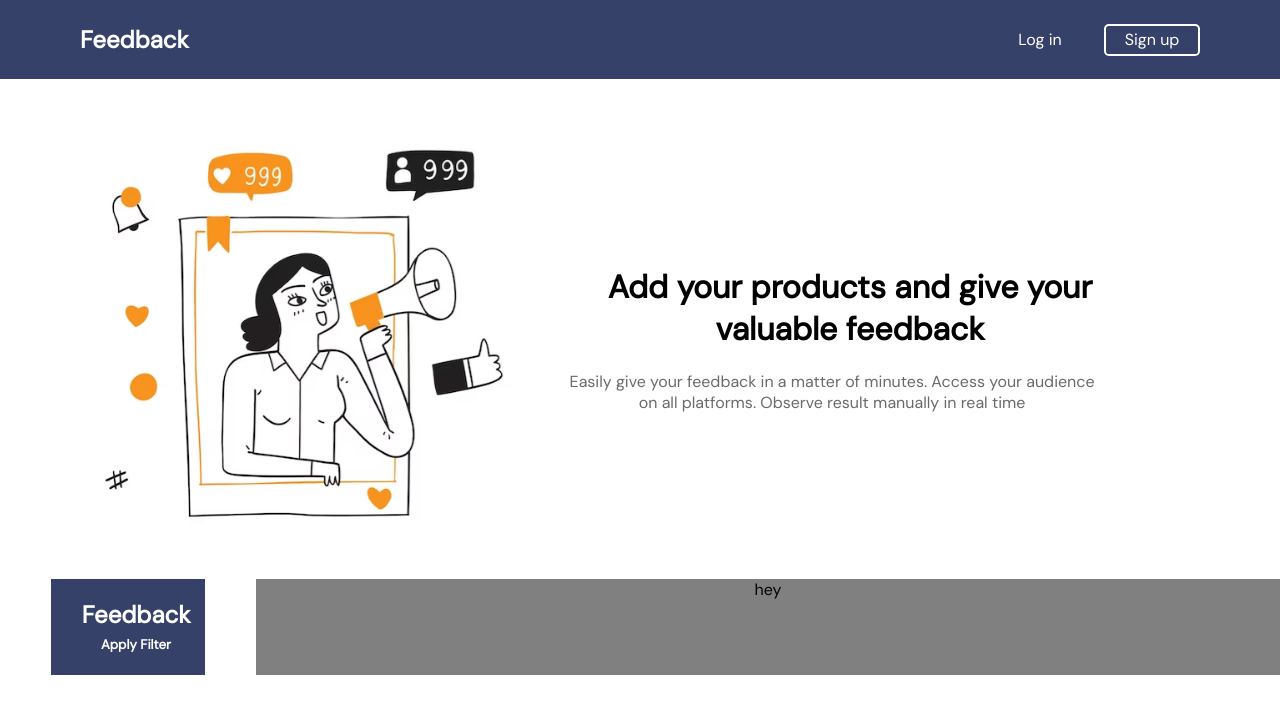
Repository: drumsmanku/final-evaluation-test
Page: / (app in client/)
An editor plug-in stored every save of this project. The page is shown before and after the next save, followed by the edit.
The browser window is 1280 px wide. The pictures show the whole page.
The page's requests for data from a server got no answer. The project was rebuilt for these pictures with package versions that can differ from the ones it lists, and the page was loaded fresh each time. No one was signed in, and anything a server would have sent is missing.

Above is the page before, as saved 2023-07-28 13:57:14.

After the next save:
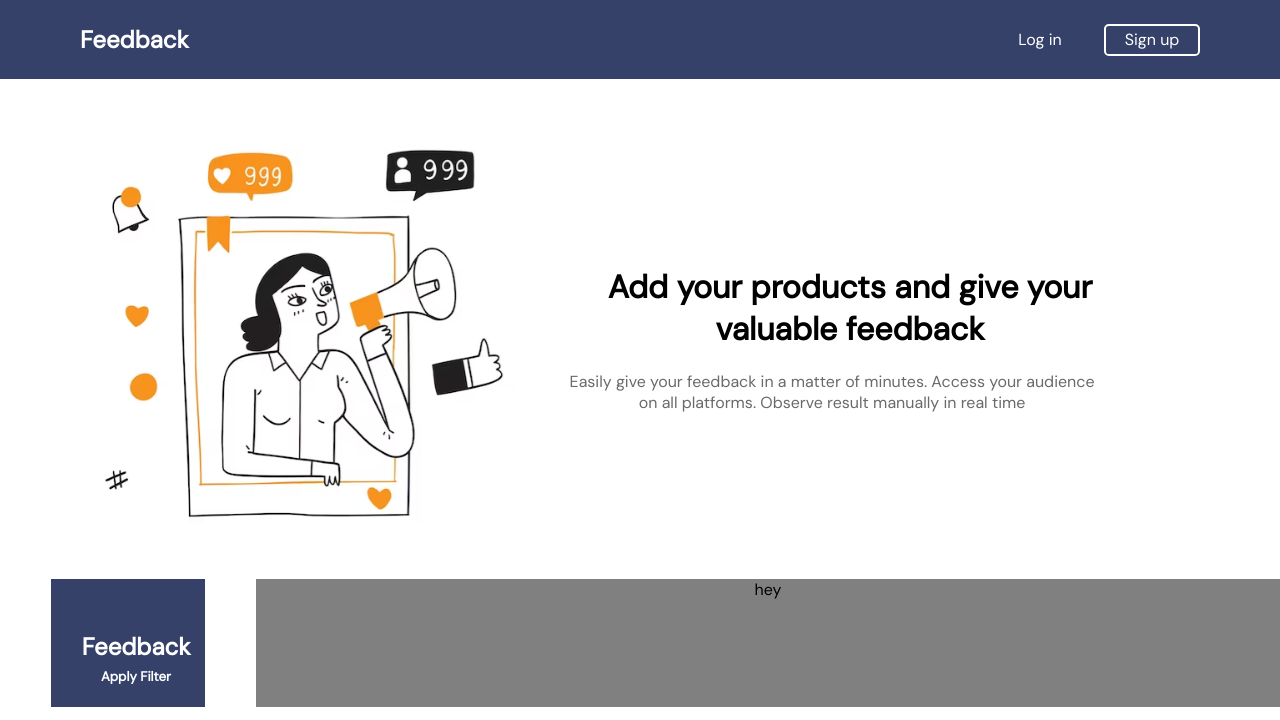
Saved 18 s later.
--- a/client/src/Components/MainPage.js
+++ b/client/src/Components/MainPage.js
@@ -70,7 +70,7 @@ function MainPage() {
       </div>
       <div className="main-bottom-container">
         <div className="bottom-left">
-          <article style={{backgroundColor:'#36416A', width:'60%', color:'white',}}>
+          <article style={{backgroundColor:'#36416A', width:'60%', color:'white', paddingTop:'2rem'}}>
             <h2 style={{marginBottom:'0.4rem',marginLeft:'1rem'}}>Feedback</h2>
             <h5 style={{marginTop:0, marginLeft:'1rem'}}>Apply Filter</h5>
           </article>
